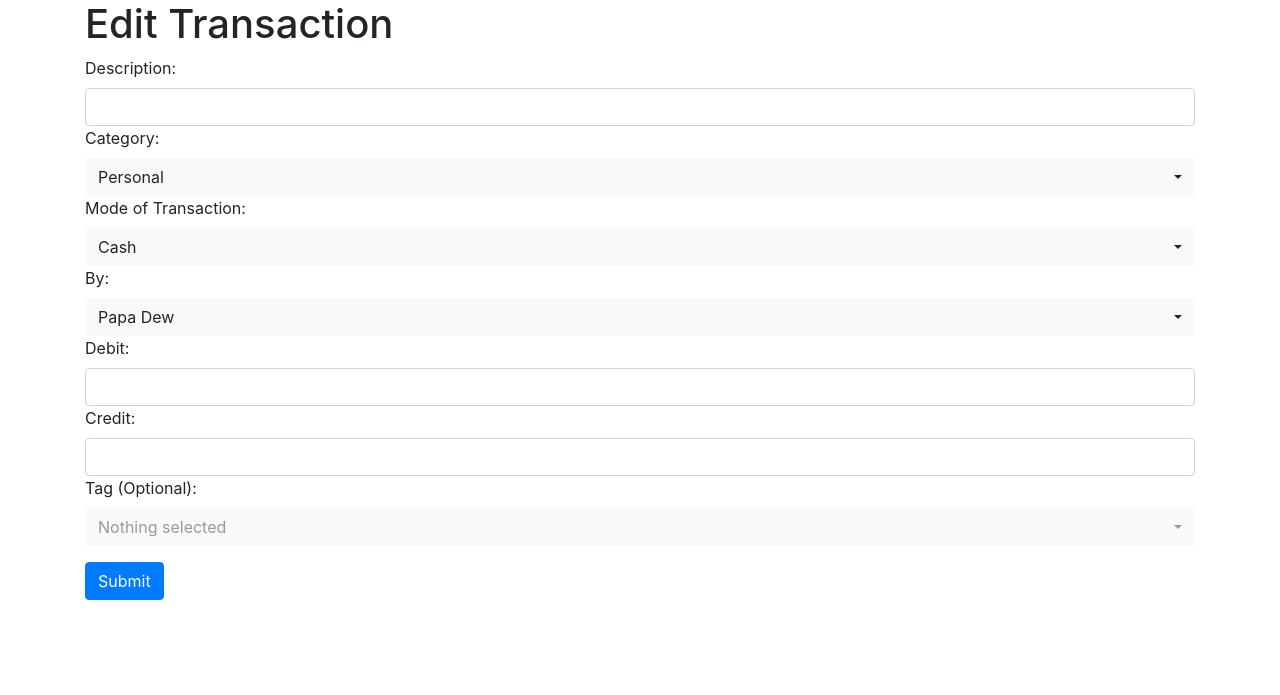
Repository: yucheng91/CI3-expenses-manager
Page: http://localhost/view-all/edit/1
The author's editor kept a record of every edit. The page is drawn from the files as they stood at one moment, then again after the next edit.
The browser window is 1280 px wide. The pictures show the whole page.
The page is served by the project's application, run on Flask 3 (app.py). The database holds what the project's SQL file puts in it.

Above is the page before.

### templates/edit_transaction.html
<!doctype html>
<html lang="en">

<head>
  <!-- Required meta tags -->
  <meta charset="utf-8">
  <meta name="viewport" content="width=device-width, initial-scale=1, shrink-to-fit=no">

  <!-- Bootstrap CSS -->
  <link rel="stylesheet" href="https://stackpath.bootstrapcdn.com/bootstrap/4.3.1/css/bootstrap.min.css" integrity="sha384-ggOyR0iXCbMQv3Xipma34MD+dH/1fQ784/j6cY/iJTQUOhcWr7x9JvoRxT2MZw1T" crossorigin="anonymous">
  <!-- Latest compiled and minified CSS -->
  <link rel="stylesheet" href="https://cdn.jsdelivr.net/npm/bootstrap-select@1.13.10/dist/css/bootstrap-select.min.css">
  <link rel="stylesheet" href="{{ url_for('static', filename='css/style.css') }}">

  <title>Hello, world!</title>
</head>

<body>
  <div class="container">
    <h1>Edit Transaction</h1>
    <form method='post'>
      <class='form-group'>
        <label class='label'>
                      Description:
                  </label>
        <input type='text' class='form-control' name='transaction' value="{{ transaction['description'] }}">
        <label class='label'>
                      Category:
                  </label>
        <select name='category' class='form-control selectpicker' data-live-search="true">
                          {%for d in categories%}
                          <option value='{{ d['id'] }}' {%if d['id'] == transaction.categoriesid %} selected='selected'{%endif%}>{{ d['name'] }}</option>
                               {%endfor%}
                      </select>
        <label class='label'>
                      Mode of Transaction:
                  </label>
        <select name='mode' class='form-control selectpicker' data-live-search="true" value="{{ transaction['modeid'] }}">
                  {%for d in mode %}
                  <option value='{{ d['id'] }}' {%if d['id'] == transaction.modeid %} selected='selected'{%endif%}>{{ d['name'] }}</option>
                       {%endfor%}
              </select>
        <label class='label'>
                      By:
                  </label>
        <select name='by' class='form-control selectpicker' data-live-search="true" value="{{ transaction['accountid'] }}">
                  {%for d in account %}
                  <option value='{{ d['id'] }}' {%if d['id'] == transaction.accountid %} selected='selected'{%endif%}>{{ d['name'] }}</option>
                       {%endfor%}
              </select>
        <label class='label'>
                      Debit:
                  </label>
        <input type='text' class='form-control' name='debit' value="{{ transaction['debit'] }}">
        </class>
        <label class='label'>
                      Credit:
                  </label>
        <input type='text' class='form-control' name='credit' value="{{ transaction['credit'] }}">
        </class>
        <label class='tag'>
                      Tag (Optional):
                  </label>
        <select name='tag' class='form-control selectpicker' Multiple data-live-search="true">
                  {%for d in tag %}
                  <option value='{{ d['id'] }}' {%if d['id'] == transaction.tagid %}selected='selected'{%endif%}>{{ d['name'] }}</option>
                       {%endfor%}
              </select>
        <input type='submit' class='btn btn-primary mt-3'>
    </form>
  </div>

  <!-- Optional JavaScript -->
  <!-- jQuery first, then Popper.js, then Bootstrap JS -->
  <script src="https://code.jquery.com/jquery-3.3.1.slim.min.js" integrity="sha384-q8i/X+965DzO0rT7abK41JStQIAqVgRVzpbzo5smXKp4YfRvH+8abtTE1Pi6jizo" crossorigin="anonymous"></script>
  <script src="https://cdnjs.cloudflare.com/ajax/libs/popper.js/1.14.7/umd/popper.min.js" integrity="sha384-UO2eT0CpHqdSJQ6hJty5KVphtPhzWj9WO1clHTMGa3JDZwrnQq4sF86dIHNDz0W1" crossorigin="anonymous"></script>
  <script src="https://stackpath.bootstrapcdn.com/bootstrap/4.3.1/js/bootstrap.min.js" integrity="sha384-JjSmVgyd0p3pXB1rRibZUAYoIIy6OrQ6VrjIEaFf/nJGzIxFDsf4x0xIM+B07jRM" crossorigin="anonymous"></script>
  <!-- Latest compiled and minified JavaScript -->
  <script src="https://cdn.jsdelivr.net/npm/bootstrap-select@1.13.10/dist/js/bootstrap-select.min.js"></script>
</body>

</html>

### app.py
from flask import Flask, render_template, request, redirect, url_for
import os
import pymysql

connection = pymysql.connect(
    host='localhost', # IP address of the database; localhost means "the local machine"
    user="yucheng91",  #the mysql user
    password="coconuty", #the password for the user
    database="expenses" #the name of database we want to use
)

#if PHP doesn't show, perform $ sudo apt-get install --reinstall libapache2-mod-php7.2

app = Flask(__name__)

@app.route('/home')
def home():
    return render_template('index.html')

@app.route('/view-all')
def viewall():
    cursor = connection.cursor(pymysql.cursors.DictCursor)
    sql = "SELECT * FROM transaction JOIN categories ON transaction.categoriesid = categories.id JOIN mode ON transaction.modeid = mode.id JOIN account on transaction.accountid = account.id"
    cursor.execute(sql)
    results = []
    for r in cursor:
         results.append(r)

    sql = "SELECT SUM(debit) AS totaldebit FROM transaction"
    cursor.execute(sql)
    totaldebit = cursor.fetchone()

    sql = "SELECT SUM(credit) AS totalcredit FROM transaction"
    cursor.execute(sql)
    totalcredit = cursor.fetchone()

    sql = "SELECT (SELECT SUM(debit) AS sumdebit FROM transaction) - (SELECT SUM(credit) AS sumcredit FROM transaction) AS balance FROM transaction"
    cursor.execute(sql)
    balance = cursor.fetchone()

    return render_template('transaction_overview.html', data=results, totaldebit = totaldebit, totalcredit = totalcredit,balance=balance)

@app.route('/new-transaction/', methods=["GET"])
def addtransaction():

    cursor = connection.cursor(pymysql.cursors.DictCursor)
    sql = "SELECT * FROM mode"
    # fetch all genres and store it in a list
    cursor.execute(sql)
    mode = []
    for r in cursor:
        mode.append({
            'id' : r['id'],
            'name': r['mname']
        })

    # fetch all media type and store it in a list
    sql = "SELECT * FROM categories"
    cursor.execute(sql)
    categories = []
    for r in cursor:
        categories.append({
            'id':r['id'],
            'name': r['cname']
        })

    # fetch all media type and store it in a list
    sql = "SELECT * FROM account"
    cursor.execute(sql)
    account = []
    for r in cursor:
        account.append({
            'id':r['id'],
            'name': r['aname']
        })

    sql = "SELECT * FROM tag"
    cursor.execute(sql)
    tag = []
    for r in cursor:
        tag.append({
            'id':r['id'],
            'name': r['tname']
        })

    return render_template('new_transaction.html', mode=mode, categories=categories, account=account, tag=tag)

@app.route('/new-transaction/', methods=["POST"])
def process_addtransaction():
    transaction_name = request.form.get("transaction")
    category_name = request.form.get("category")
    mode_name = request.form.get("mode")
    by_name = request.form.get("by")
    debit_name = request.form.get("debit")
    if request.form.get("debit") == "":
        debit_name = "0"

    credit_name = request.form.get("credit")
    if request.form.get("credit") == "":
        credit_name = "0"

    cursor = connection.cursor(pymysql.cursors.DictCursor)

    sql = "INSERT INTO transaction (description,categoriesid,modeid,accountid,debit,credit) VALUE (%s,%s,%s,%s,%s,%s)"
    cursor.execute(sql,[transaction_name,category_name,mode_name,by_name,debit_name,credit_name])

    transactionid = cursor.lastrowid
    tagid = request.form.getlist("tag")
    for t in tagid:
        sql = "INSERT INTO transactiontag (transactionid,tagid) VALUE (%s,%s)"
        cursor.execute(sql,[transactionid,t])

    connection.commit()
    return redirect(url_for('viewall'))

# Edit transaction
@app.route('/view-all/edit/<id>')
def edit_transaction(id):

    cursor = connection.cursor(pymysql.cursors.DictCursor)
    sql = "SELECT * FROM transaction JOIN transactiontag ON transaction.id = transactiontag.transactionid JOIN tag ON transactiontag.tagid = tag.id WHERE transaction.id = {}".format(id)
    cursor.execute(sql)
    transaction = cursor.fetchone()

    sql = "SELECT * FROM mode"
    # fetch all genres and store it in a list
    cursor.execute(sql)
    mode = []
    for r in cursor:
        mode.append({
            'id' : r['id'],
            'name': r['mname']
        })

    sql = "SELECT * FROM categories"
    cursor.execute(sql)
    categories = []
    for r in cursor:
        categories.append({
            'id':r['id'],
            'name': r['cname']
        })

    sql = "SELECT * FROM account"
    cursor.execute(sql)
    account = []
    for r in cursor:
        account.append({
            'id':r['id'],
            'name': r['aname']
        })

    sql = "SELECT * FROM tag"
    cursor.execute(sql)
    tag = []
    for r in cursor:
        tag.append({
            'id':r['id'],
            'name': r['tname']
        })

    return render_template('edit_transaction.html', transaction = transaction, mode=mode, categories=categories, account=account, tag=tag)

@app.route('/view-all/edit/<id>', methods=['POST'])
def update_transaction(id):
    transaction_name = request.form.get("transaction")
    category_name = request.form.get("category")
    mode_name = request.form.get("mode")
    by_name = request.form.get("by")
    debit_name = request.form.get("debit")
    if request.form.get("debit") == "":
        debit_name = "0"

    credit_name = request.form.get("credit")
    if request.form.get("credit") == "":
        credit_name = "0"

    cursor = connection.cursor(pymysql.cursors.DictCursor)

    cursor.execute("UPDATE transaction SET description = '{}',categoriesid = '{}',modeid = '{}',accountid = '{}',debit = '{}',credit = '{}' WHERE id = {}".format(transaction_name,category_name,mode_name,by_name,debit_name,credit_name,id))

    connection.commit()
    return redirect(url_for('viewall'))

# "magic code" -- boilerplate
if __name__ == '__main__':
    app.run(host=os.environ.get('IP'),
            port=int(os.environ.get('PORT')),
            debug=True)

### database.sql (the tables this page reads)
CREATE TABLE `account` (
  `id` int(3) NOT NULL AUTO_INCREMENT,
  `aname` varchar(55) NOT NULL,
  `description` text NOT NULL,
  `createdAt` timestamp NOT NULL DEFAULT CURRENT_TIMESTAMP ON UPDATE CURRENT_TIMESTAMP,
  PRIMARY KEY (`id`)
) ENGINE=InnoDB AUTO_INCREMENT=4 DEFAULT CHARSET=latin1;

INSERT INTO `account` VALUES (1,'Papa Dew','Father of Dew\'s Family','2019-08-02 04:35:32'),(2,'Mama Dew','Mother of Dew\'s Family','2019-08-02 04:56:52'),(3,'Brother Dew','Brother of Dew\'s Family','2019-08-02 04:56:30');

CREATE TABLE `categories` (
  `id` int(3) NOT NULL AUTO_INCREMENT,
  `cname` varchar(55) CHARACTER SET utf8 NOT NULL,
  `description` text NOT NULL,
  `createdAt` timestamp NOT NULL DEFAULT CURRENT_TIMESTAMP ON UPDATE CURRENT_TIMESTAMP,
  PRIMARY KEY (`id`)
) ENGINE=InnoDB AUTO_INCREMENT=10 DEFAULT CHARSET=latin1;

INSERT INTO `categories` VALUES (1,'Personal','Personal private expenses','2019-08-02 04:57:58'),(2,'House','Housing expenses','2019-08-02 04:57:58'),(3,'Food','Daily food expenses','2019-08-02 05:00:07'),(4,'Transport','Transportation expenses','2019-08-02 05:00:07'),(5,'Clothing','Clothing expenses','2019-08-02 05:00:07'),(6,'Fun','Entertainment expenses (such as movie, musical, theme park)','2019-08-02 05:00:07'),(7,'Family','Family expenses','2019-08-02 05:00:07'),(8,'Misc','For everything else','2019-08-02 05:00:07'),(9,'Income','Monthly income','2019-08-02 05:00:35');

CREATE TABLE `mode` (
  `id` int(3) NOT NULL AUTO_INCREMENT,
  `mname` varchar(55) NOT NULL,
  `createdAt` timestamp NOT NULL DEFAULT CURRENT_TIMESTAMP ON UPDATE CURRENT_TIMESTAMP,
  PRIMARY KEY (`id`)
) ENGINE=InnoDB AUTO_INCREMENT=7 DEFAULT CHARSET=latin1;

INSERT INTO `mode` VALUES (1,'Cash','2019-08-02 05:02:32'),(2,'Debit Card','2019-08-02 05:02:32'),(3,'Credit Card','2019-08-02 05:02:32'),(4,'Mobile (PayNow/Paylah)','2019-08-02 05:02:32'),(5,'Bank','2019-08-05 03:29:46'),(6,'Others','2019-08-26 08:38:17');

CREATE TABLE `tag` (
  `id` int(11) NOT NULL AUTO_INCREMENT,
  `tname` varchar(30) CHARACTER SET utf8 NOT NULL,
  PRIMARY KEY (`id`)
) ENGINE=InnoDB AUTO_INCREMENT=15 DEFAULT CHARSET=latin1;

INSERT INTO `tag` VALUES (1,'FairPrice '),(2,'Sheng Siong'),(3,'Giant'),(4,'Capitaland'),(5,'Insurance'),(6,'Taxi'),(7,'Restaurant'),(8,'Phone Bill'),(9,'Utilities Bill'),(10,'Grocery'),(11,'Airfare'),(12,'Hotel'),(13,'School'),(14,'Stationary');

CREATE TABLE `transaction` (
  `id` int(11) NOT NULL AUTO_INCREMENT,
  `description` text CHARACTER SET utf8 NOT NULL,
  `debit` decimal(11,2) DEFAULT '0.00',
  `credit` decimal(11,2) DEFAULT '0.00',
  `createdAt` timestamp NOT NULL DEFAULT CURRENT_TIMESTAMP ON UPDATE CURRENT_TIMESTAMP,
  `accountid` int(11) NOT NULL,
  `categoriesid` int(11) NOT NULL,
  `modeid` int(11) NOT NULL,
  PRIMARY KEY (`id`),
  KEY `accountid` (`accountid`),
  KEY `categoriesid` (`categoriesid`),
  KEY `modeid` (`modeid`),
  CONSTRAINT `transaction_ibfk_1` FOREIGN KEY (`accountid`) REFERENCES `account` (`id`),
  CONSTRAINT `transaction_ibfk_2` FOREIGN KEY (`categoriesid`) REFERENCES `categories` (`id`),
  CONSTRAINT `transaction_ibfk_3` FOREIGN KEY (`modeid`) REFERENCES `mode` (`id`)
) ENGINE=InnoDB AUTO_INCREMENT=19 DEFAULT CHARSET=latin1;

INSERT INTO `transaction` VALUES (1,'Code Institute : Income of the month July 2019',3500.00,0.00,'2019-08-22 07:41:18',1,9,1),(2,'SIM HQ Income of the Month : July 2019',3500.00,0.00,'2019-08-05 04:13:11',2,9,5),(3,'Taxi Taxi',0.00,40.00,'2019-08-23 05:56:58',1,4,3),(13,'Lunch Money for Brother\'s Dew school',0.00,40.00,'2019-08-20 08:15:28',1,3,1),(14,'RWS Day trip',0.00,154.00,'2019-08-20 08:17:02',2,7,3),(15,'New backpack',0.00,0.00,'2019-08-26 07:39:22',1,1,1),(16,'Test tag 1',0.00,10.00,'2019-08-27 06:24:42',1,1,1),(17,'test tag 2',0.00,20.00,'2019-08-27 06:24:58',1,1,1),(18,'test 1 + 2 ',0.00,0.00,'2019-08-27 06:55:37',2,7,3);

CREATE TABLE `transactiontag` (
  `id` int(11) NOT NULL AUTO_INCREMENT,
  `transactionid` int(11) DEFAULT NULL,
  `tagid` int(11) DEFAULT NULL,
  PRIMARY KEY (`id`),
  KEY `transactionid` (`transactionid`),
  KEY `tagid` (`tagid`),
  CONSTRAINT `transactiontag_ibfk_1` FOREIGN KEY (`transactionid`) REFERENCES `transaction` (`id`),
  CONSTRAINT `transactiontag_ibfk_2` FOREIGN KEY (`tagid`) REFERENCES `tag` (`id`)
) ENGINE=InnoDB AUTO_INCREMENT=12 DEFAULT CHARSET=latin1;

INSERT INTO `transactiontag` VALUES (6,16,1),(7,17,2),(8,18,1),(9,18,2),(10,3,4),(11,3,6);

Loaded but not shown: static/css/style.css (no copy from this time; the picture is the same without it)

After the next edit:
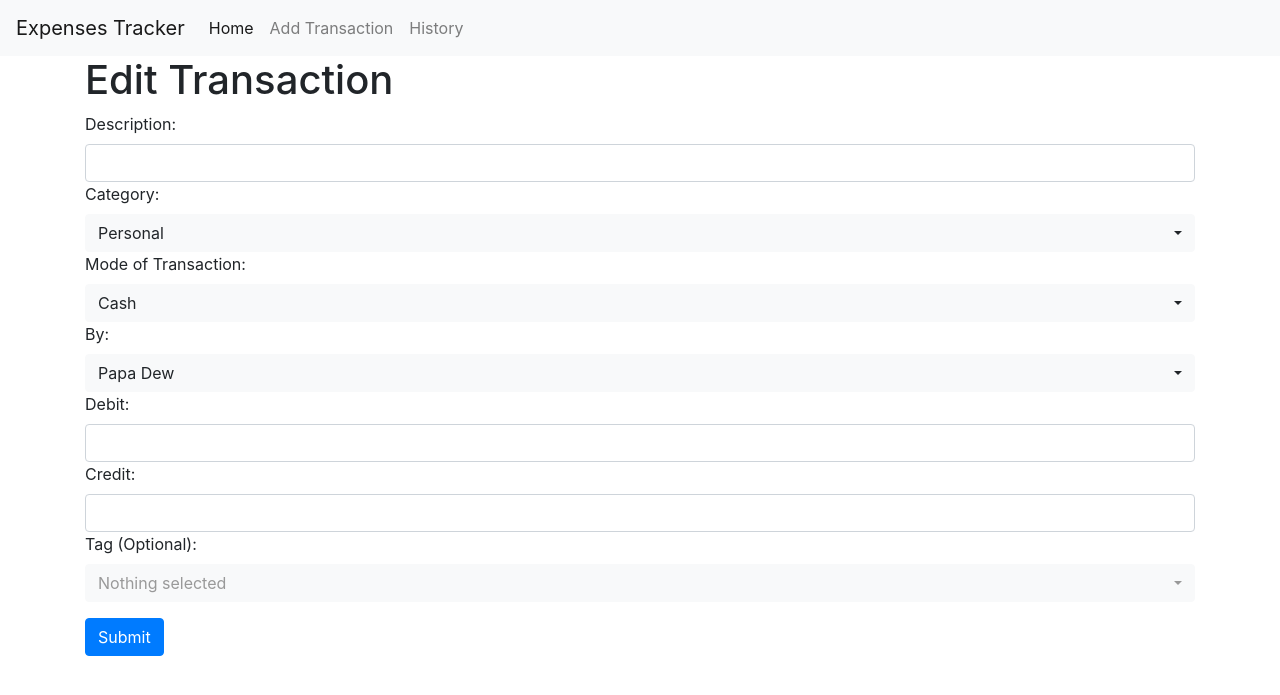
The edit:
--- a/templates/edit_transaction.html
+++ b/templates/edit_transaction.html
@@ -16,6 +16,27 @@
 </head>
 
 <body>
+      <!--nav bar-->
+    <nav class="navbar navbar-expand-sm navbar-light bg-light">
+  <a class="navbar-brand" href="#">Expenses Tracker</a>
+  <button class="navbar-toggler" type="button" data-toggle="collapse" data-target="#navbarNav" aria-controls="navbarNav" aria-expanded="false" aria-label="Toggle navigation">
+    <span class="navbar-toggler-icon"></span>
+  </button>
+  <div class="collapse navbar-collapse" id="navbarNav">
+    <ul class="navbar-nav">
+      <li class="nav-item active">
+        <a class="nav-link" href="{{ url_for('home') }}">Home <span class="sr-only">(current)</span></a>
+      </li>
+      <li class="nav-item">
+        <a class="nav-link" href="{{ url_for('addtransaction') }}">Add Transaction</a>
+      </li>
+      <li class="nav-item">
+        <a class="nav-link" href="{{ url_for('viewall') }}">History</a>
+      </li>
+    </ul>
+  </div>
+    </nav>
+    <!--end nav-->
   <div class="container">
     <h1>Edit Transaction</h1>
     <form method='post'>
